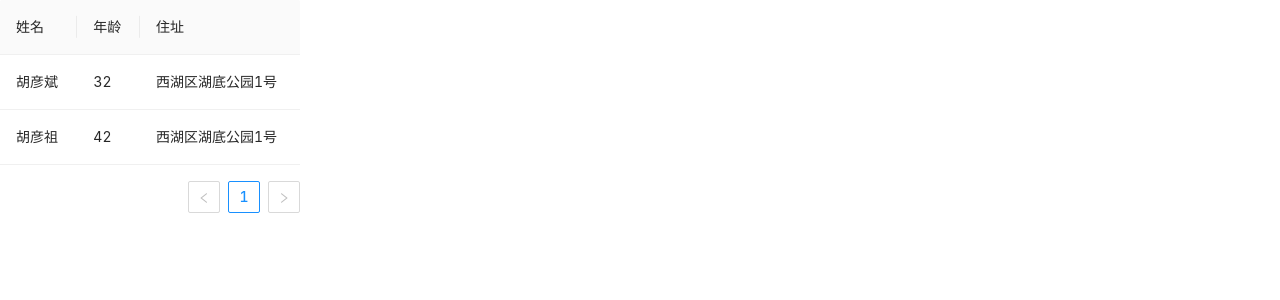
Repository: bingoAO/layout
Page: /
An editor plug-in stored every save of this project. The page is shown before and after the next save, followed by the edit.
The browser window is 1280 px wide. The pictures show the whole page.
The project was rebuilt for these pictures with package versions that can differ from the ones it lists, and the page was loaded fresh each time.

Above is the page before, as saved 2021-04-28 10:12:36.

After the next save:
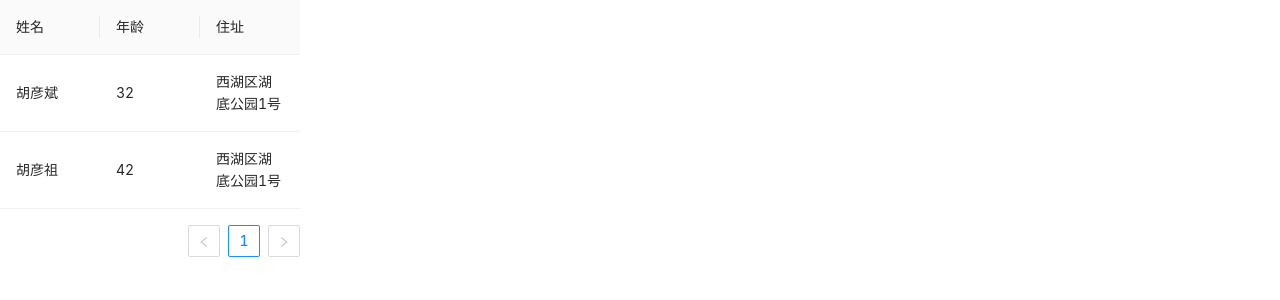
Saved 14 s later.
--- a/src/App.js
+++ b/src/App.js
@@ -38,7 +38,7 @@ function App() {
     },
   ];
 
-  return <div className='parent'> <Table dataSource={dataSource} columns={columns} /> </div>;
+  return <div className='parent'> <Table tableLayout='fixed' dataSource={dataSource} columns={columns} /> </div>;
 }
 
 export default App;
